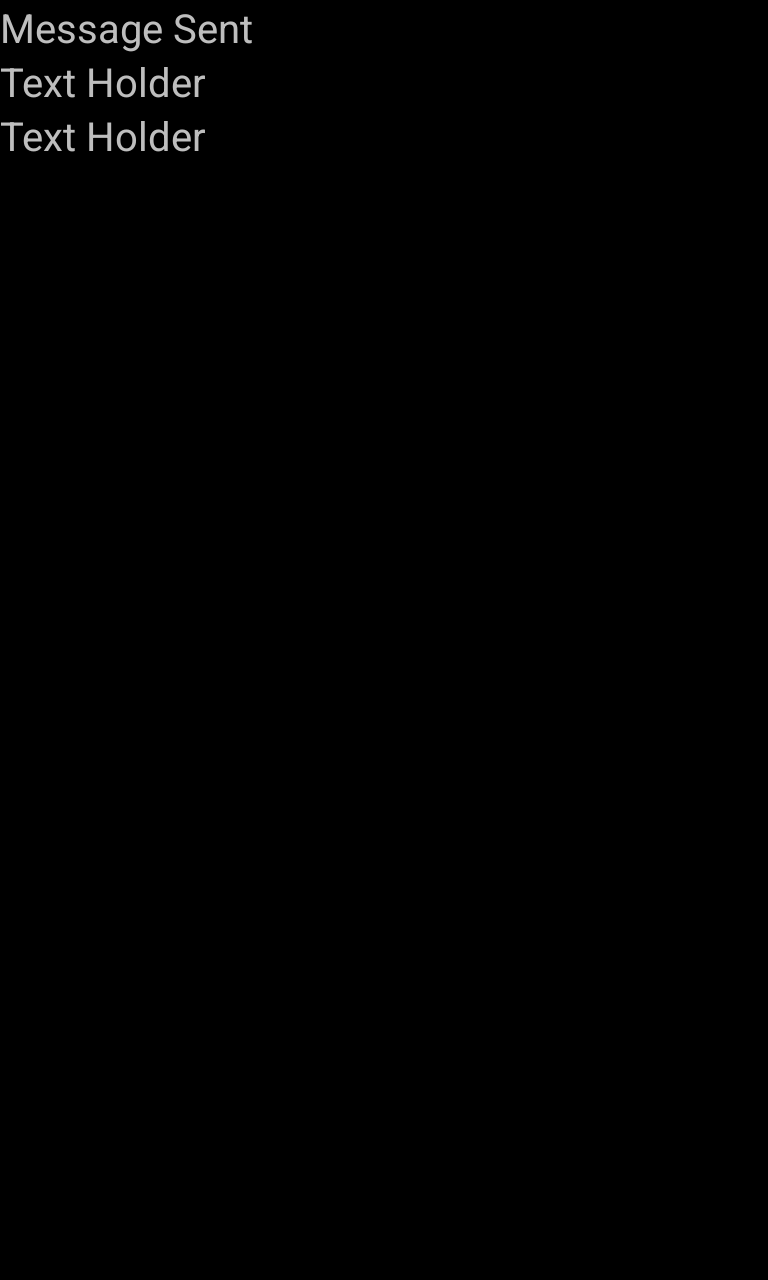
Repository: tomcynicholls/ThirdYearProject
Layout: JavaCode/App/res/layout/activity_display_message.xml
These files come from the project's save history. The layout is drawn as it stood at one moment and after the next save; the edit follows.
It is drawn on a 768 x 1280 px phone screen (xhdpi) without system bars, with theme android:Theme.Holo; the app's code is not run.

Above is the layout before, as saved 2013-01-28 22:32:02.

### JavaCode/App/res/layout/activity_display_message.xml
<LinearLayout xmlns:android="http://schemas.android.com/apk/res/android"
    xmlns:tools="http://schemas.android.com/tools"
    android:layout_width="match_parent"
    android:layout_height="match_parent"
    tools:context=".DisplayMessageActivity"
    android:orientation="vertical" >

<LinearLayout
            android:id="@+id/innerlin"
            android:layout_width="match_parent"
            android:layout_height="wrap_content"
            android:orientation="vertical" >

    <TextView android:id="@+id/textview_sent"
        android:layout_width="wrap_content"
        android:layout_height="wrap_content"
        android:textSize="20sp"
        android:text="@string/sent_title"/>

     <TextView android:id="@+id/show_receiver"
        android:layout_width="wrap_content"
        android:layout_height="wrap_content"
        android:textSize="20sp"
        android:text="@string/holder"/>

    <TextView android:id="@+id/show_message"
        android:layout_width="wrap_content"
        android:layout_height="wrap_content"
        android:textSize="20sp"
        android:text="@string/holder"/>


    </LinearLayout>

<RelativeLayout
            android:id="@+id/innerrel"
            android:layout_width="match_parent"
            android:layout_height="wrap_content"
            android:orientation="vertical" >
    <Button
        android:layout_width="wrap_content"
        android:layout_height="wrap_content"
        android:layout_alignParentRight="true"
        android:text="@string/button_send"
        android:visibility="invisible"
        android:onClick="sendMessage" />
    </RelativeLayout>

</LinearLayout>

### JavaCode/App/res/values/strings.xml
<?xml version="1.0" encoding="utf-8"?>
<resources>

    <string name="app_name">TYP App</string>
    <string name="edit_message">Enter a message</string>
    <string name="edit_receiver">To</string>
    <string name="button_send">Send</string>
    <string name="button_receive">Receive</string>
    <string name="receive_title">Received Message:</string>
    <string name="send_title">Send Message:</string>
    <string name="menu_settings">Settings</string>
    <string name="title_activity_main">MainActivity</string>
    <string name="title_activity_display_message">Message</string>
    <string name="hello_world">Hello world!</string>
    <string name="holder">Text Holder</string>
    <string name="title_activity_view_xml_writer">View Xm lWriter</string>
    <string name="from">From</string>
    <string name="message">Message</string>
    <string name="fromtitle">From:</string>
    <string name="messagetitle">Message:</string>
    <string name="sent_title">Message Sent</string>

</resources>

After the next save:
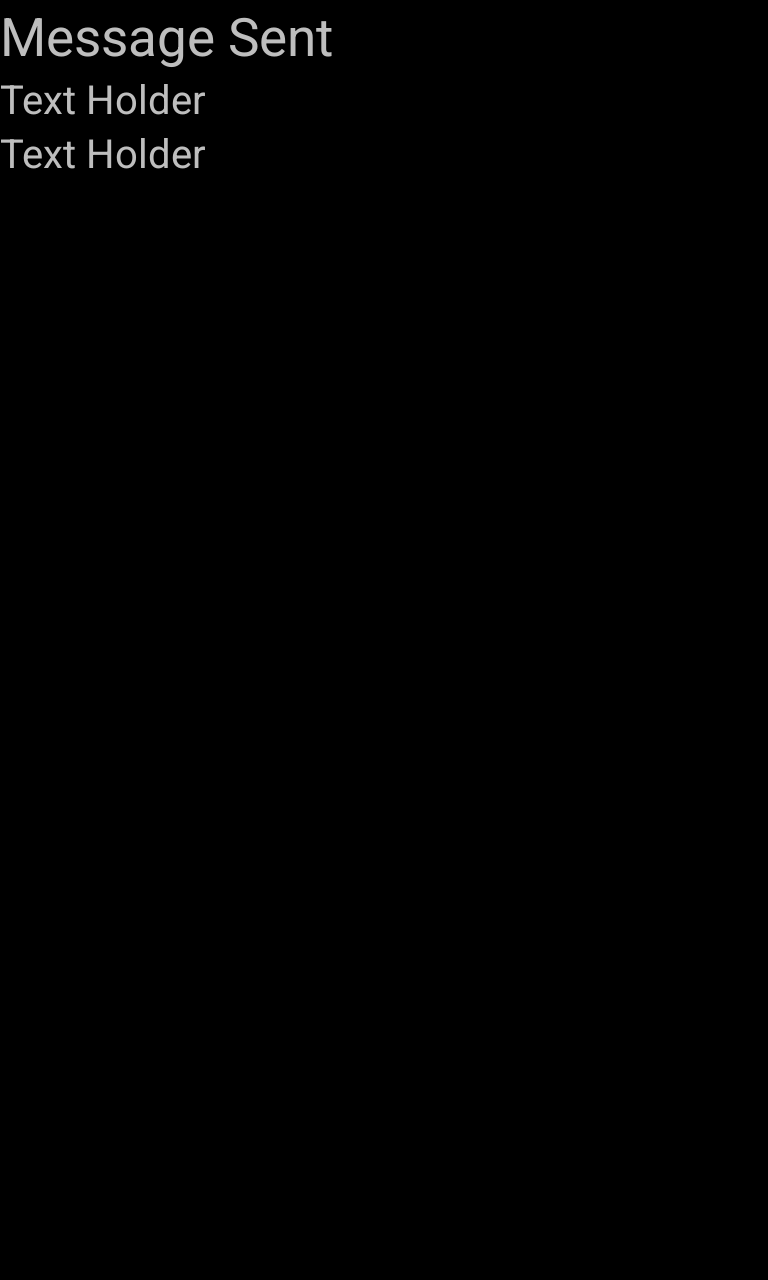
Saved 114 s later.
--- a/JavaCode/App/res/layout/activity_display_message.xml
+++ b/JavaCode/App/res/layout/activity_display_message.xml
@@ -14,7 +14,7 @@
     <TextView android:id="@+id/textview_sent"
         android:layout_width="wrap_content"
         android:layout_height="wrap_content"
-        android:textSize="20sp"
+        android:textSize="12pt"
         android:text="@string/sent_title"/>
 
      <TextView android:id="@+id/show_receiver"
